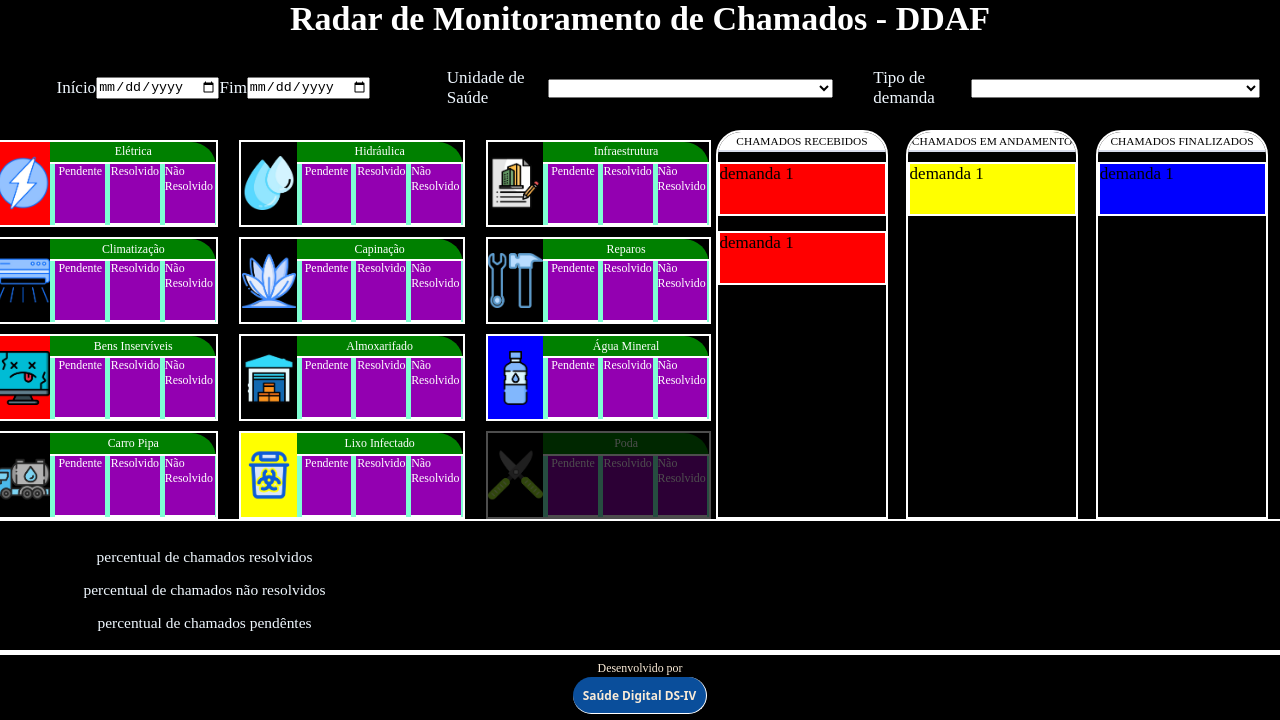
Repository: br-on/ddaf-chamados
Page: index.html
The author's editor kept a copy of each file at every save. The page is drawn from the files as they stood at one save, then again after the next save.
The browser window is 1280 px wide. The pictures show the whole page.
The page's requests for data from a server got no answer.

Above is the page before, as saved 2025-01-26 04:42:28.

### index.html
<!DOCTYPE html>
<html lang="pt-br">
<head>
    <meta charset="UTF-8">
    <meta name="viewport" content="width=device-width, initial-scale=1.0">
    <link rel="stylesheet" href="style.css">
    <title>Radar de Chamados</title>
    <script src="main.js"></script>

</head>
<body>
    <header>
       <center><h1>Radar de Monitoramento de Chamados - DDAF</h1></center>
        <section class="filtros">
            <div class="opcao-filtro">
                <label for="">Início</label>
                <input type="date">
                <label for="">Fim</label>
                <input type="date">
            </div>
            <div class="opcao-filtro">
                <label for="">Unidade de Saúde</label>
                <select name="" id="">
                    <option value=""> </option>
                    <option value="">Unidade X</option>
                    <option value="">Unidade X</option>
                    <option value="">Unidade X</option>
                    <option value="">Unidade X</option>
                </select>
            </div>
            <div class="opcao-filtro">
                <label for="">Tipo de demanda</label>
                <select name="" id="">
                    <option value=""> </option>
                    <option value="">Demanda X</option>
                    <option value="">Demanda X</option>
                    <option value="">Demanda X</option>
                    <option value="">Demanda X</option>
                </select>
            </div>
        </section>
    </header>
    <main>
        <section class="tipos-demandas">
            <div id="demanda-eletrica" class="demanda-tipo">
                <div class="img-tipo-demanda red">
                    <img src="img/tipo-demanda-eletrica.png" alt="">
                </div>
                <div class="info-tipo-demanda">
                    <div class="titulo-tipo-demanda">Elétrica</div>
                    <div class="contagem-tipo-demanda">
                        <div class="caixa-finalizado"><span>Pendente</span><span id="api-pendente-elétrica" class="api-info"></span></div>
                        <div class="caixa-finalizado"><span>Resolvido</span><span id="api-resolvido-elétrica" class="api-info"></span></div>
                        <div class="caixa-finalizado"><span>Não Resolvido</span><span id="api-naoresolvido-elétrica" class="api-info"></span></div>
                    </div>
                </div>
            </div>
            <div id="demanda-hidraulica" class="demanda-tipo">
                <div class="img-tipo-demanda">
                    <img src="img/tipo-demanda-hidráulica.png" alt="">
                </div>
                <div class="info-tipo-demanda">
                    <div class="titulo-tipo-demanda">Hidráulica</div>
                    <div class="contagem-tipo-demanda">
                        <div class="caixa-finalizado"><span>Pendente</span><span id="api-pendente-hidráulica" class="api-info"></span></div>
                        <div class="caixa-finalizado"><span>Resolvido</span><span id="api-resolvido-hidráulica" class="api-info"></span></div>
                        <div class="caixa-finalizado"><span>Não Resolvido</span><span id="api-naoresolvido-hidráulica" class="api-info"></span></div>
                    </div>
                </div>
            </div>
            <div id="demanda-infraestrutura" class="demanda-tipo">
                <div class="img-tipo-demanda">
                    <img src="img/tipo-demanda-infraestrutura.png" alt="">
                </div>
                <div class="info-tipo-demanda">
                    <div class="titulo-tipo-demanda">Infraestrutura</div>
                    <div class="contagem-tipo-demanda">
                        <div class="caixa-finalizado"><span>Pendente</span><span id="api-pendente-infraestrutura" class="api-info"></span></div>
                        <div class="caixa-finalizado"><span>Resolvido</span><span id="api-resolvido-infraestrutura" class="api-info"></span></div>
                        <div class="caixa-finalizado"><span>Não Resolvido</span><span id="api-naoresolvido-infraestrutura" class="api-info"></span></div>
                    </div>
                </div>
            </div>
            <div id="demanda-climatização" class="demanda-tipo">
                <div class="img-tipo-demanda">
                    <img src="img/tipo-demanda-climatizacao.png" alt="">
                </div>
                <div class="info-tipo-demanda">
                    <div class="titulo-tipo-demanda">Climatização</div>
                    <div class="contagem-tipo-demanda">
                        <div class="caixa-finalizado"><span>Pendente</span><span id="api-pendente-climatização" class="api-info"></span></div>
                        <div class="caixa-finalizado"><span>Resolvido</span><span id="api-resolvido-climatização" class="api-info"></span></div>
                        <div class="caixa-finalizado"><span>Não Resolvido</span><span id="api-naoresolvido-climatização" class="api-info"></span></div>
                    </div>
                </div>
            </div>
            <div id="demanda-capinacao" class="demanda-tipo">
                <div class="img-tipo-demanda">
                    <img src="img/tipo-demanda-capinacao.png" alt="">
                </div>
                <div class="info-tipo-demanda">
                    <div class="titulo-tipo-demanda">Capinação</div>
                    <div class="contagem-tipo-demanda">
                        <div class="caixa-finalizado"><span>Pendente</span><span id="api-pendente-capinação" class="api-info"></span></div>
                        <div class="caixa-finalizado"><span>Resolvido</span><span id="api-resolvido-capinação" class="api-info"></span></div>
                        <div class="caixa-finalizado"><span>Não Resolvido</span><span id="api-naoresolvido-capinação" class="api-info"></span></div>
                    </div>
                </div>
            </div>
            <div id="demanda-reparos" class="demanda-tipo">
                <div class="img-tipo-demanda">
                    <img src="img/tipo-demanda-reparos.png" alt="">
                </div>
                <div class="info-tipo-demanda">
                    <div class="titulo-tipo-demanda">Reparos</div>
                    <div class="contagem-tipo-demanda">
                        <div class="caixa-finalizado"><span>Pendente</span><span id="api-pendente-reparos" class="api-info"></span></div>
                        <div class="caixa-finalizado"><span>Resolvido</span><span id="api-resolvido-reparos" class="api-info"></span></div>
                        <div class="caixa-finalizado"><span>Não Resolvido</span><span id="api-naoresolvido-reparos" class="api-info"></span></div>
                    </div>
                </div>
            </div>
            <div id="demanda-inserviveis" class="demanda-tipo">
                <div class="img-tipo-demanda red">
                    <img src="img/tipo-demanda-inserviveis.png" alt="">
                </div>
                <div class="info-tipo-demanda">
                    <div class="titulo-tipo-demanda">Bens Inservíveis</div>
                    <div class="contagem-tipo-demanda">
                        <div class="caixa-finalizado"><span>Pendente</span><span id="api-pendente-inservíveis" class="api-info"></span></div>
                        <div class="caixa-finalizado"><span>Resolvido</span><span id="api-resolvido-inservíveis" class="api-info"></span></div>
                        <div class="caixa-finalizado"><span>Não Resolvido</span><span id="api-naoresolvido-inservíveis" class="api-info"></span></div>
                    </div>
                </div>
            </div>
            <div id="demanda-almoxarifado" class="demanda-tipo">
                <div class="img-tipo-demanda">
                    <img src="img/tipo-demanda-almoxarifado.png" alt="">
                </div>
                <div class="info-tipo-demanda">
                    <div class="titulo-tipo-demanda">Almoxarifado</div>
                    <div class="contagem-tipo-demanda">
                        <div class="caixa-finalizado"><span>Pendente</span><span id="api-pendente-almoxarifado" class="api-info"></span></div>
                        <div class="caixa-finalizado"><span>Resolvido</span><span id="api-resolvido-almoxarifado" class="api-info"></span></div>
                        <div class="caixa-finalizado"><span>Não Resolvido</span><span id="api-naoresolvido-almoxarifado" class="api-info"></span></div>
                    </div>
                </div>
            </div>
            <div id="demanda-agua-mineral" class="demanda-tipo">
                <div class="img-tipo-demanda blue">
                    <img src="img/tipo-demanda-agua-minireal.png" alt="">
                </div>
                <div class="info-tipo-demanda">
                    <div class="titulo-tipo-demanda">Água Mineral</div>
                    <div class="contagem-tipo-demanda">
                        <div class="caixa-finalizado"><span>Pendente</span><span id="api-pendente-água-mineral" class="api-info"></span></div>
                        <div class="caixa-finalizado"><span>Resolvido</span><span id="api-resolvido-água-mineral" class="api-info"></span></div>
                        <div class="caixa-finalizado"><span>Não Resolvido</span><span id="api-naoresolvido-água-mineral" class="api-info"></span></div>
                    </div>
                </div>
            </div>
            <div id="demanda-carro-pipa" class="demanda-tipo">
                <div class="img-tipo-demanda">
                    <img src="img/tipo-demanda-carro-pipa.png" alt="">
                </div>
                <div class="info-tipo-demanda">
                    <div class="titulo-tipo-demanda">Carro Pipa</div>
                    <div class="contagem-tipo-demanda">
                        <div class="caixa-finalizado"><span>Pendente</span><span id="api-pendente-carro-pipa" class="api-info"></span></div>
                        <div class="caixa-finalizado"><span>Resolvido</span><span id="api-resolvido-carro-pipa" class="api-info"></span></div>
                        <div class="caixa-finalizado"><span>Não Resolvido</span><span id="api-naoresolvido-carro-pipa" class="api-info"></span></div>
                    </div>
                </div>
            </div>
            <div id="demanda-infectado" class="demanda-tipo">
                <div class="img-tipo-demanda yellow">
                    <img src="img/tipo-demanda-lixo-infectado.png" alt="">
                </div>
                <div class="info-tipo-demanda">
                    <div class="titulo-tipo-demanda">Lixo Infectado</div>
                    <div class="contagem-tipo-demanda">
                        <div class="caixa-finalizado"><span>Pendente</span><span id="api-pendente-lixo-infectado" class="api-info"></span></div>
                        <div class="caixa-finalizado"><span>Resolvido</span><span id="api-resolvido-lixo-infectado" class="api-info"></span></div>
                        <div class="caixa-finalizado"><span>Não Resolvido</span><span id="api-naoresolvido-lixo-infectado" class="api-info"></span></div>
                    </div>
                </div>
            </div>
            <div id="demanda-poda" class="demanda-tipo div-opaca">
                <div class="img-tipo-demanda">
                    <img src="img/tipo-demanda-poda.png" alt="">
                </div>
                <div class="info-tipo-demanda">
                    <div class="titulo-tipo-demanda">Poda</div>
                    <div class="contagem-tipo-demanda">
                        <div class="caixa-finalizado"><span>Pendente</span><span id="api-pendente-poda" class="api-info"></span></div>
                        <div class="caixa-finalizado"><span>Resolvido</span><span id="api-resolvido-poda" class="api-info"></span></div>
                        <div class="caixa-finalizado"><span>Não Resolvido</span><span id="api-naoresolvido-poda" class="api-info"></span></div>
                    </div>
                </div>
            </div>
        </section>
        <section class="andamento-demandas">
            <div class="demanda-andamento">
                <div class="titulo-andamento">CHAMADOS RECEBIDOS</div>
                <div class="area-andamento">
                    <div class="demanda red">
                        demanda 1
                    </div>
                    <div class="demanda red">
                        demanda 1
                    </div>
                </div>
            </div>
            <div class="demanda-andamento">
                <div class="titulo-andamento">CHAMADOS EM ANDAMENTO</div>
                <div class="area-andamento">
                    <div class="demanda yellow">
                        demanda 1
                    </div>
                </div>
            </div>
            <div class="demanda-andamento">
                <div class="titulo-andamento">CHAMADOS FINALIZADOS</div>
                <div class="area-andamento">
                    <div class="demanda blue">
                        demanda 1
                    </div>
                </div>
            </div>
        </section>
    </main>
    <section class="percentual">Relatório Geral
        <div class="relatorio-geral">
            percentual de chamados resolvidos
        </div>
        <div class="relatorio-geral">
            percentual de chamados não resolvidos
        </div>
        <div class="relatorio-geral">
            percentual de chamados pendêntes
        </div>
    </section>
    <footer> Desenvolvido por
        <div class="footer-sdds4">Saúde Digital DS-IV</div>
    </footer>
</body>
</html>

### style.css
* {
    margin: 0;
    padding: 0;
}
body {
    background-color: black;
    display: flex;
    height: 100vh;
    flex-direction: column;
}
header {
    height: 10vh;
    border-bottom: solid 3px white ;
    display: flex;
    flex-direction: column;
    align-items: center;
    justify-content: center;
}
header h1 {
    color: white;
    font-family:'Times New Roman', Times, serif
}
main {
    height: 70vh;
}
.percentual {
    height: 15vh;
    border-top: solid 2px white;
}
footer {
    height:5vh;
    display: flex;
    flex-direction: column;
    align-items: center;
    justify-content: center;
    color: antiquewhite;
    border-top: solid 5px white;
}
.filtros {
    display: flex;
}
.tipos-demandas {
    height: 45%;
    display: grid;
    justify-content: center;
    grid-template-columns: 30% 30% 30%;
    grid-template-rows: 22.5% 22.5% 22.5% 22.5%;
    column-gap: 3%;
}
.andamento-demandas {
    height: 55%;
    display: grid;
    justify-content: center;
    grid-template-columns: 30% 30% 30%;
    column-gap: 3%;
}

.demanda-tipo {
    border: solid rgb(255, 255, 255) 2px;
    border-radius: 25px;
    margin-top: 10px;
    display: flex;
}
.demanda-andamento{
    border: solid 2.5px rgb(255, 255, 255);
    border-top-left-radius: 25px;
    border-top-right-radius: 25px;
    display: flex;
    flex-direction: column;
    overflow-y: auto;
}
.titulo-andamento {
    display: flex;
    align-items: center;
    justify-content: center;
    border-bottom: solid 2px rgb(217, 221, 236);
    font-size: 1.2em;
    background-color: rgb(255, 255, 255);
    border-top-left-radius: 20px;
    border-top-right-radius: 20px;
    height: 5%;
}
.area-andamento {
    height: 95%;
    display: flex;
    flex-direction: column;
    overflow-y: auto;
    overflow-x: hidden;
    box-sizing: border-box;
    margin-top: 10px;
}
.demanda {
    background-color: brown;
    margin-bottom: 15px;
    min-height: 50px;
    border: solid 2px white;
    width: 98%;
}
.footer-sdds4{
    margin-top: 1.5px;
    background-color: rgb(10, 78, 155);
    border-radius: 30px;
    padding: 10px;
    font-family:system-ui, -apple-system, BlinkMacSystemFont, 'Segoe UI', Roboto, Oxygen, Ubuntu, Cantarell, 'Open Sans', 'Helvetica Neue', sans-serif;
    font-weight: bold;
    border-bottom: solid 1px white;
    border-right: solid 0.8px white;
}
.opcao-filtro, .relatorio-geral {
    color: aliceblue;
    font-size: 1.3em;
    margin: 10px;
    display: flex;
    align-items: center;
    justify-content: center;
    padding: 2.5px;
    display: flex;
    flex-direction: column;
    width: 30vw;
}
.opcao-filtro select {
    width: 90%;
}
.img-tipo-demanda {
    width: 25%;
    border-top-left-radius: 25px;
    border-bottom-left-radius: 25px;
    display: flex;
    align-items: center;
    justify-content: center;
}
.img-tipo-demanda img {
    max-height: 90%;
    max-width: 98%;
}
.info-tipo-demanda {
    background-color: green;
    color: white;
    width: 75%;
    border-top-right-radius: 25px;
    border-bottom-right-radius: 25px;
    display: flex;
    flex-direction: column;
}
.titulo-tipo-demanda {
    height: 25%;
    font-size: 1.5em;
    border-bottom: solid 2.5px white;
    display: flex;
    align-items: center;
    justify-content: center;
}
.contagem-tipo-demanda {
    height: 75%;
    display: flex;
    background-color: aquamarine;
}
.caixa-finalizado {
    background-color: rgb(147, 0, 177);
    display: flex;
    flex-direction: column;
    align-items: center;
    justify-content: space-between;
    width: 30%;
    margin-left: 3%;
    border-bottom: solid 2px white;
}
.api-info {
    font-size: 1.7em;
    color: red;
}

.red {
    background-color: red;
}
.yellow{
    background-color: yellow;
}
.blue {
    background-color: blue;
}
.div-opaca {
    opacity: 0.3; /* Define a opacidade da div (80%) */
}

/* Media Query para telas menores que 768px */
@media (max-width: 768px) {
    *{
        margin: 0;
        padding: 0;
    }
    body {
        justify-content: center;
        height: auto;
        width: 100vw;
    }
    header {
        font-size: 0.7em;
        height: 150px;
    }
    main {
        height: auto;
    }
    .andamento-demandas {
        display: grid;
        justify-content: center;
        grid-template-columns: 1fr;
        grid-template-rows: auto;
        row-gap: 5px;
    }

    .percentual {
        font-size: 0.7em;
        height: 200px;
        border-top: solid 2px rgb(255, 255, 255);
    }
    footer {
        height:50px;
        padding: 5px;
        background-color: rgb(0, 0, 0);
        border-top: solid 5px white;
    }
    .tipos-demandas {
        height: 600px;
        font-size: 0.7em;
        display: grid;
        justify-content: center;
        grid-template-columns: 45% 45%;
        grid-template-rows: 15% 15% 15% 15% 15% 15%;
        row-gap: 10px;
    }
    .demanda-tipo {
        height: 75px;
    }
    .demanda-andamento{
        background-color: cadetblue;
        min-height: 250px;
        margin-bottom: 15px;
    }
}
@media (min-aspect-ratio: 3/2) {
    body {
        font-size: 17px;
    }
    header {
        height: 20vh;
        border-bottom: solid 3px white ;
        display: flex;
        flex-direction: column;
        align-items: center;
        justify-content: flex-start;
        border: 0px;
    }
    .filtros {
        width: 100vw;
        display: flex;
        margin-top: 10px;
    }
    .opcao-filtro {
        font-size: 1em;
        display: flex;
        flex-direction: row;
        width: 500px;
        padding: 10px;
    }
    .opcao-filtro select {
        width: 90%;
    }
    main {
        height: 60vh;
        display: flex;
        flex-direction: row;
    }
    .tipos-demandas {
        font-size: 0.7em;
        width: 55%;
        height: 100%;
        display: grid;
        justify-content: center;
        grid-template-columns: 32% 32% 32%;
        grid-template-rows: 25% 25% 25% 25%;
    }
    .titulo-tipo-demanda {
        font-size: 1em;
        border-bottom: solid 2.5px white;
        display: flex;
        align-items: center;
        justify-content: center;
    }
    .andamento-demandas {
        width: 45%;
        height: 100%;
        display: grid;
        justify-content: center;
        grid-template-columns: 30% 30% 30%;
        column-gap: 3%;
    }
    .demanda-tipo {
        border: solid rgb(255, 255, 255) 2px;
        border-radius: 0;
        display: flex;
    }
    .percentual {
        font-size: 0.7em;
        height: 20vh;
        border-top: solid 2px white;
    }
    footer {
        font-size: 0.7em;
        height: 10vh;
        display: flex;
        flex-direction: column;
        align-items: center;
        justify-content: center;
        color: antiquewhite;
        border-top: solid 5px white;
    }
    .img-tipo-demanda {
        width: 25%;
        border-top-left-radius: 0;
        border-bottom-left-radius: 0;
        display: flex;
        align-items: center;
        justify-content: center;
    }
    .titulo-andamento {
        font-size: 0.67em;
    }
}

### main.js
document.addEventListener("DOMContentLoaded", () => {
    // Função principal para buscar os dados da API
    async function fetchData() {
        try {
            console.log("Iniciando fetch de dados...");
            const response = await fetch('https://script.google.com/macros/s/AKfycbzmgmv-_SGh7g8_c3ZmicEsaScV6rqhQCYf8mSqIQTIcRTxbEIxDVa6Wjlfeac1p8xr/exec');
            const data = await response.json();

            console.log("Dados recebidos da API:", data);

            // Agrupando as demandas por tipo e status
            const demandasAgrupadas = agruparDemandas(data);

            // Atualizando o HTML com os dados agrupados
            updateUI(demandasAgrupadas);

        } catch (error) {
            console.error('Erro ao buscar dados:', error);
        }
    }

    // Função para agrupar demandas por tipo e status
    function agruparDemandas(data) {
        const agrupado = {};

        data.forEach(item => {
            const tipoDemanda = item["Tipo da demanda"];
            const status = item["STATUS"] ? item["STATUS"].toLowerCase() : "pendente";

            if (!agrupado[tipoDemanda]) {
                agrupado[tipoDemanda] = { pendente: 0, resolvido: 0, naoResolvido: 0 };
            }

            if (status === "pendente") agrupado[tipoDemanda].pendente++;
            else if (status === "resolvido") agrupado[tipoDemanda].resolvido++;
            else if (status === "não solucionado" || status === "nao resolvido") agrupado[tipoDemanda].naoResolvido++;
        });

        console.log("Dados agrupados:", agrupado);
        return agrupado;
    }

    // Função para atualizar a interface do usuário
    function updateUI(demandasAgrupadas) {
        console.log("Atualizando interface...");

        // Lista de tipos de demandas para identificar os elementos no HTML
        const tiposDemandas = [
            "Climatização", "Carro-pipa", "Poda", "Hidráulica", "Elétrica",
            "Almoxarifado", "Reparos", "Infraestrutura", "Capinação", "Inservíveis", "Água-mineral", "Lixo-infectado"
        ];

        tiposDemandas.forEach(tipo => {
            // Identificar elementos no HTML
            const pendenteElem = document.querySelector(`#api-pendente-${tipo.toLowerCase()}`);
            const resolvidoElem = document.querySelector(`#api-resolvido-${tipo.toLowerCase()}`);
            const naoResolvidoElem = document.querySelector(`#api-naoresolvido-${tipo.toLowerCase()}`);

            const contagem = demandasAgrupadas[tipo] || { pendente: 0, resolvido: 0, naoResolvido: 0 };

            console.log(`Tipo: ${tipo}`, contagem);

            // Atualizar valores no HTML
            if (pendenteElem) {
                pendenteElem.textContent = contagem.pendente;
                console.log(`Atualizado: #api-pendente-${tipo.toLowerCase()} -> ${contagem.pendente}`);
            } else {
                console.error(`Elemento não encontrado: #api-pendente-${tipo.toLowerCase()}`);
            }

            if (resolvidoElem) {
                resolvidoElem.textContent = contagem.resolvido;
                console.log(`Atualizado: #api-resolvido-${tipo.toLowerCase()} -> ${contagem.resolvido}`);
            } else {
                console.error(`Elemento não encontrado: #api-resolvido-${tipo.toLowerCase()}`);
            }

            if (naoResolvidoElem) {
                naoResolvidoElem.textContent = contagem.naoResolvido;
                console.log(`Atualizado: #api-naoresolvido-${tipo.toLowerCase()} -> ${contagem.naoResolvido}`);
            } else {
                console.error(`Elemento não encontrado: #api-naoresolvido-${tipo.toLowerCase()}`);
            }
        });
    }

    // Chamando a função fetchData para iniciar o processo
    fetchData();
});

After the next save:
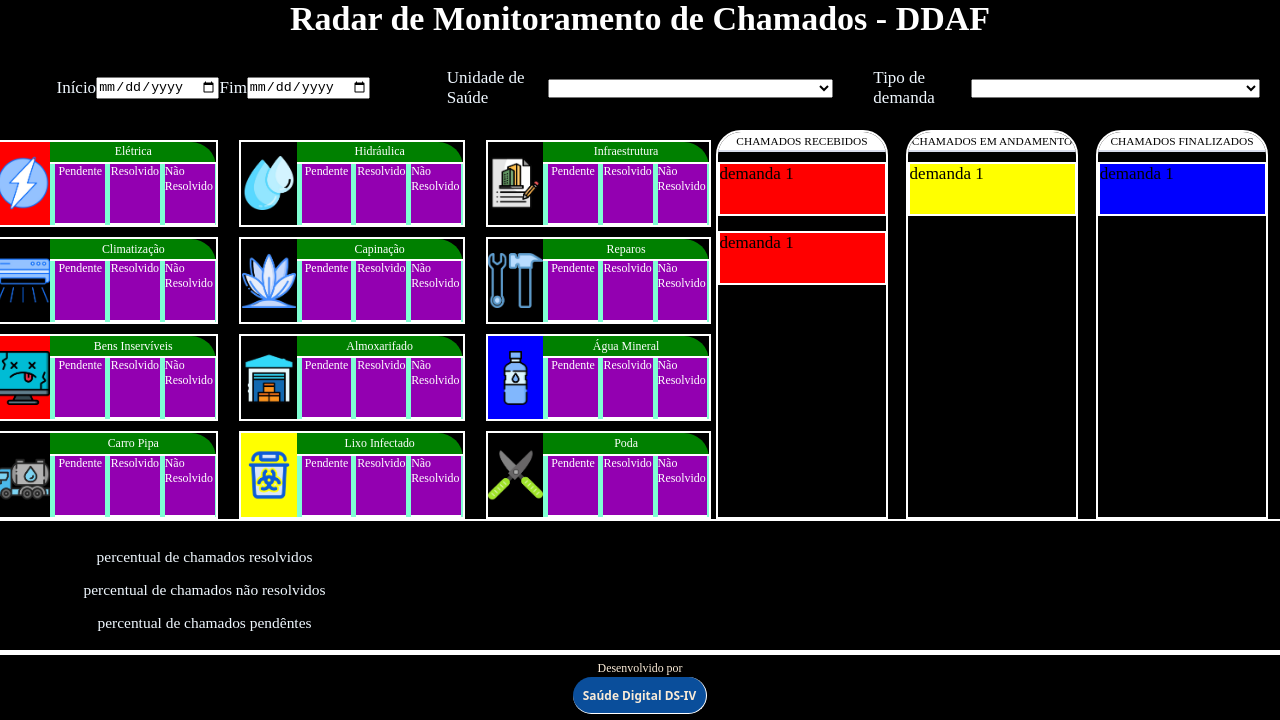
Saved 8 s later.
--- a/index.html
+++ b/index.html
@@ -185,7 +185,7 @@
                     </div>
                 </div>
             </div>
-            <div id="demanda-poda" class="demanda-tipo div-opaca">
+            <div id="demanda-poda" class="demanda-tipo">
                 <div class="img-tipo-demanda">
                     <img src="img/tipo-demanda-poda.png" alt="">
                 </div>
